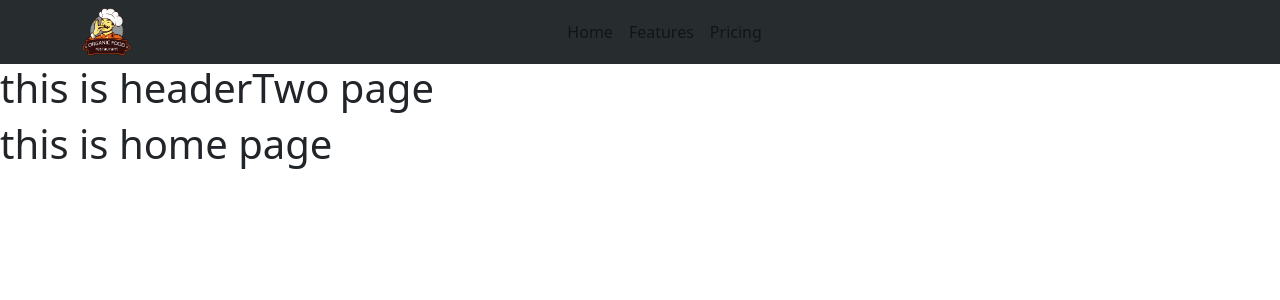
Repository: mdrubel02/organic-food-restaurnat
Page: /
The author's editor kept a copy of each file at every save. The page is drawn from the files as they stood at one save, then again after the next save.
The browser window is 1280 px wide. The pictures show the whole page.
The project was rebuilt for these pictures with package versions that can differ from the ones it lists, and the page was loaded fresh each time.

Above is the page before, as saved 2022-07-02 15:48:46.

After the next save:
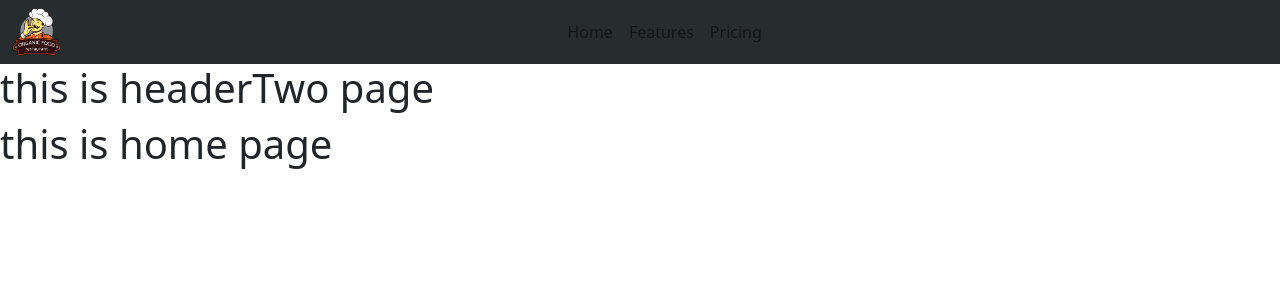
Saved 3 min 36 s later.
--- a/src/Components/Header/HeaderOne.js
+++ b/src/Components/Header/HeaderOne.js
@@ -8,7 +8,7 @@ import { Link } from 'react-router-dom';
 const HeaderOne = () => {
     return (
         <Navbar className='one'>
-            <Container>
+            <Container fluid>
                 <Link to='/'>
                     <img className='logo img' src={logo} alt="" />
                 </Link>
